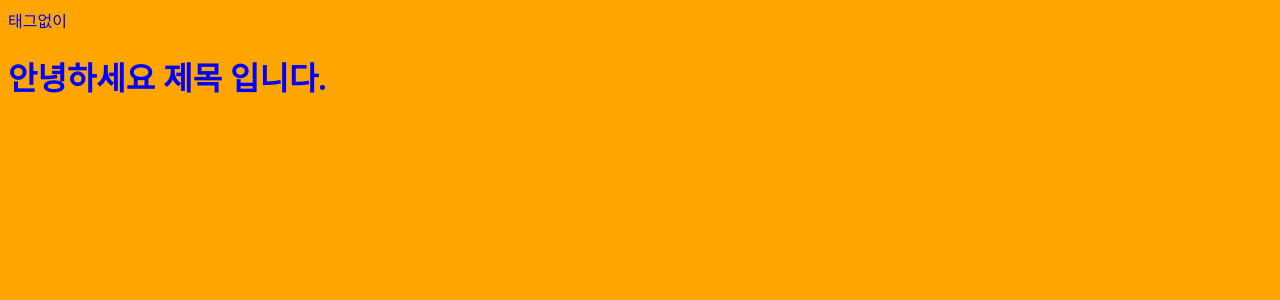
Repository: SeungwanHong/Web-jsp-
Page: 20170413/WebContent/main01.html
The author's editor kept a copy of each file at every save. The page is drawn from the files as they stood at one save, then again after the next save.
The browser window is 1280 px wide. The pictures show the whole page.

Above is the page before, as saved 2017-04-13 00:49:43.

After the next save:
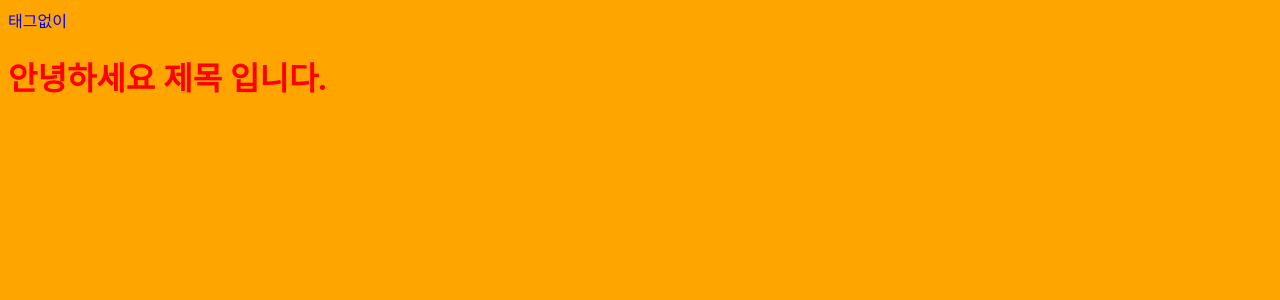
Saved 12 s later.
--- a/20170413/WebContent/main01.html
+++ b/20170413/WebContent/main01.html
@@ -7,7 +7,7 @@ css(style), javaScript(jquery)등이 해당
 <head>
 <style type="text/css">
 h1{
-	color: blue;
+	color: red;
 }
 
 </style>
